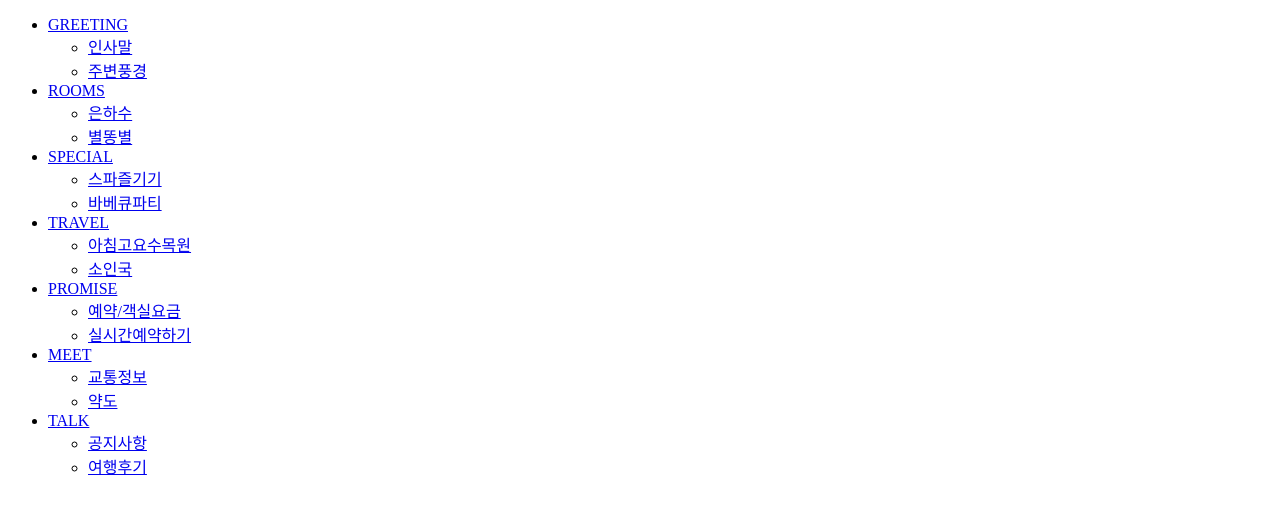
Repository: hojohe/bit-java
Page: 07_css/WebContent/15_menu/menu1.html
The author's editor kept a copy of each file at every save. The page is drawn from the files as they stood at one save, then again after the next save.
The browser window is 1280 px wide. The pictures show the whole page.

Above is the page before, as saved 2017-01-25 03:16:45.

After the next save:
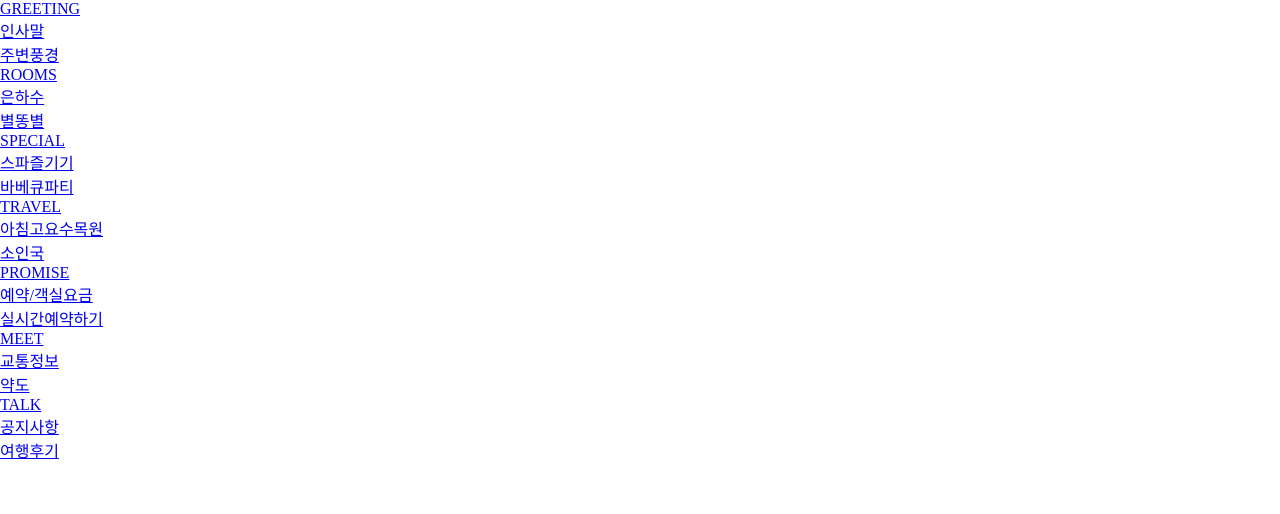
Saved 18 s later.
--- a/07_css/WebContent/15_menu/menu1.css
+++ b/07_css/WebContent/15_menu/menu1.css
@@ -1 +1,6 @@
 @CHARSET "EUC-KR";
+
+* {
+	margin: 0px; padding: 0px;
+
+}
